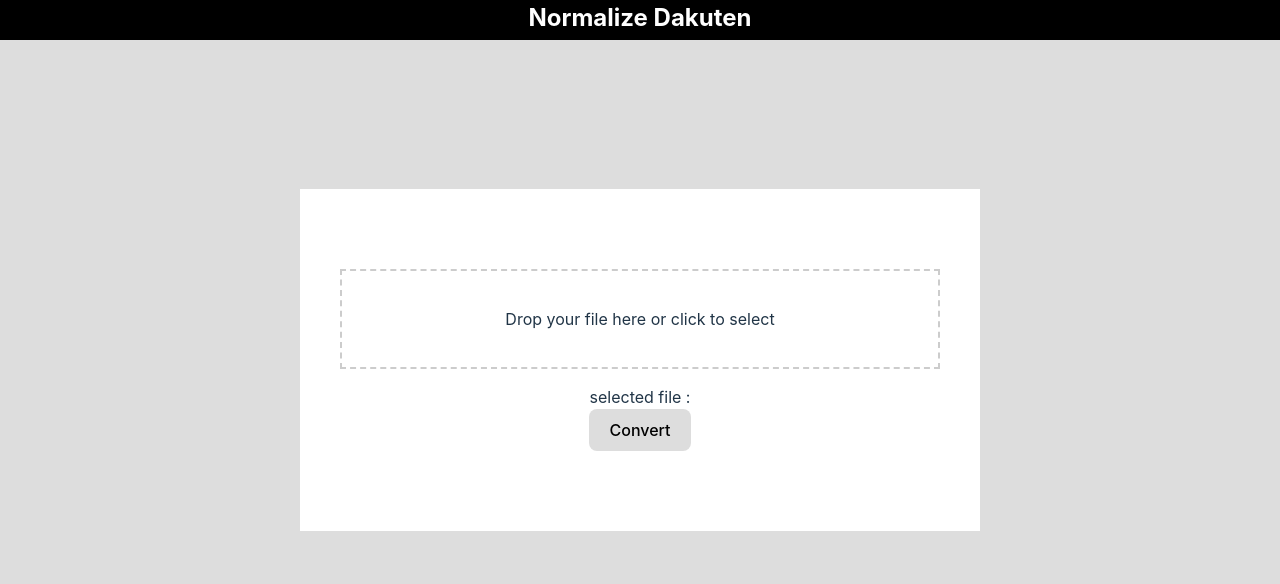
Repository: CatHandsService/normalize_dakuten
Page: / (app in front/)
The author's editor kept a copy of each file at every save. The page is drawn from the files as they stood at one save, then again after the next save.
The browser window is 1280 px wide. The pictures show the whole page.
The project was rebuilt for these pictures with package versions that can differ from the ones it lists, and the page was loaded fresh each time. Also part of the build but not shown: front/vite.config.ts.

Above is the page before, as saved 2024-01-27 17:08:48.

After the next save:
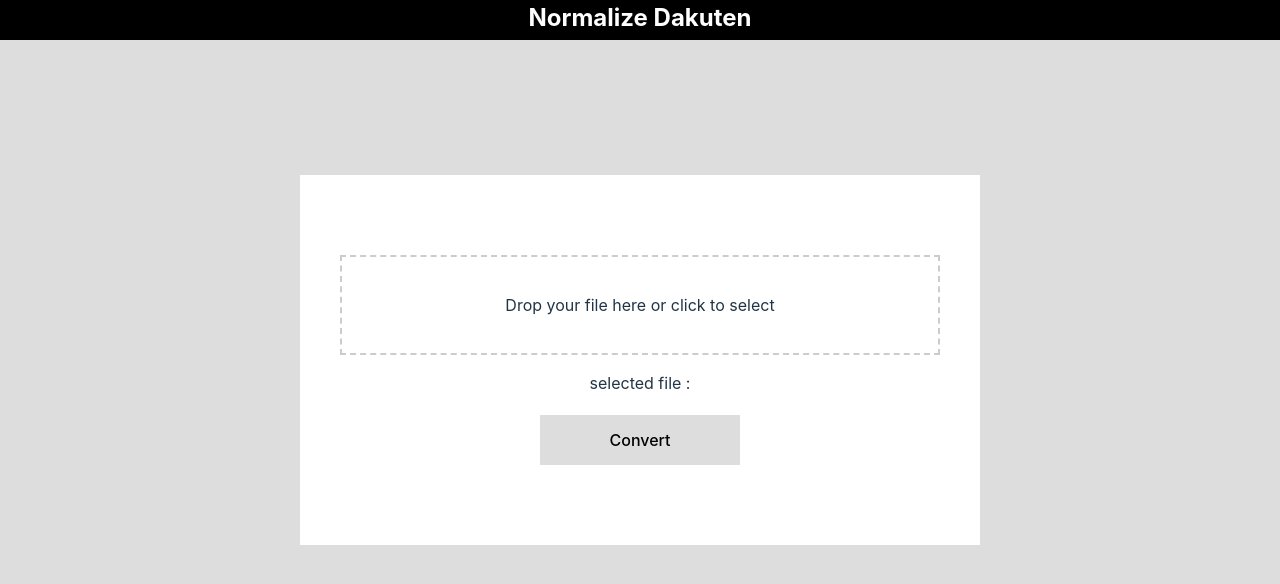
Saved 19 s later.
--- a/front/src/App.css
+++ b/front/src/App.css
@@ -46,7 +46,11 @@
 }
 
 .failed {
+  width: 200px;
+  height: 50px;
+  margin-top: 20px;
   background-color: #ddd;
+  border-radius: 0;
 }
 
 .message {

After the save that followed:
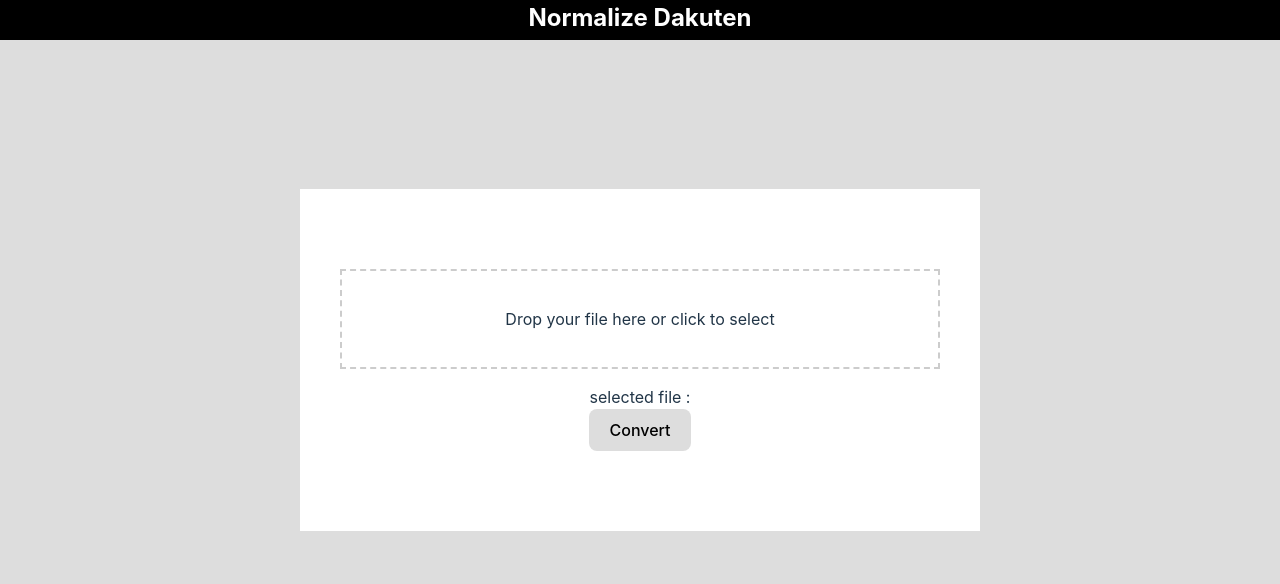
Saved 25 s later.
--- a/front/src/App.css
+++ b/front/src/App.css
@@ -41,16 +41,15 @@
   width: 200px;
   height: 50px;
   margin-top: 20px;
-  background-color: #f00;
   border-radius: 0;
 }
 
+.valid {
+  background-color: #f00;
+}
+
 .failed {
-  width: 200px;
-  height: 50px;
-  margin-top: 20px;
   background-color: #ddd;
-  border-radius: 0;
 }
 
 .message {
